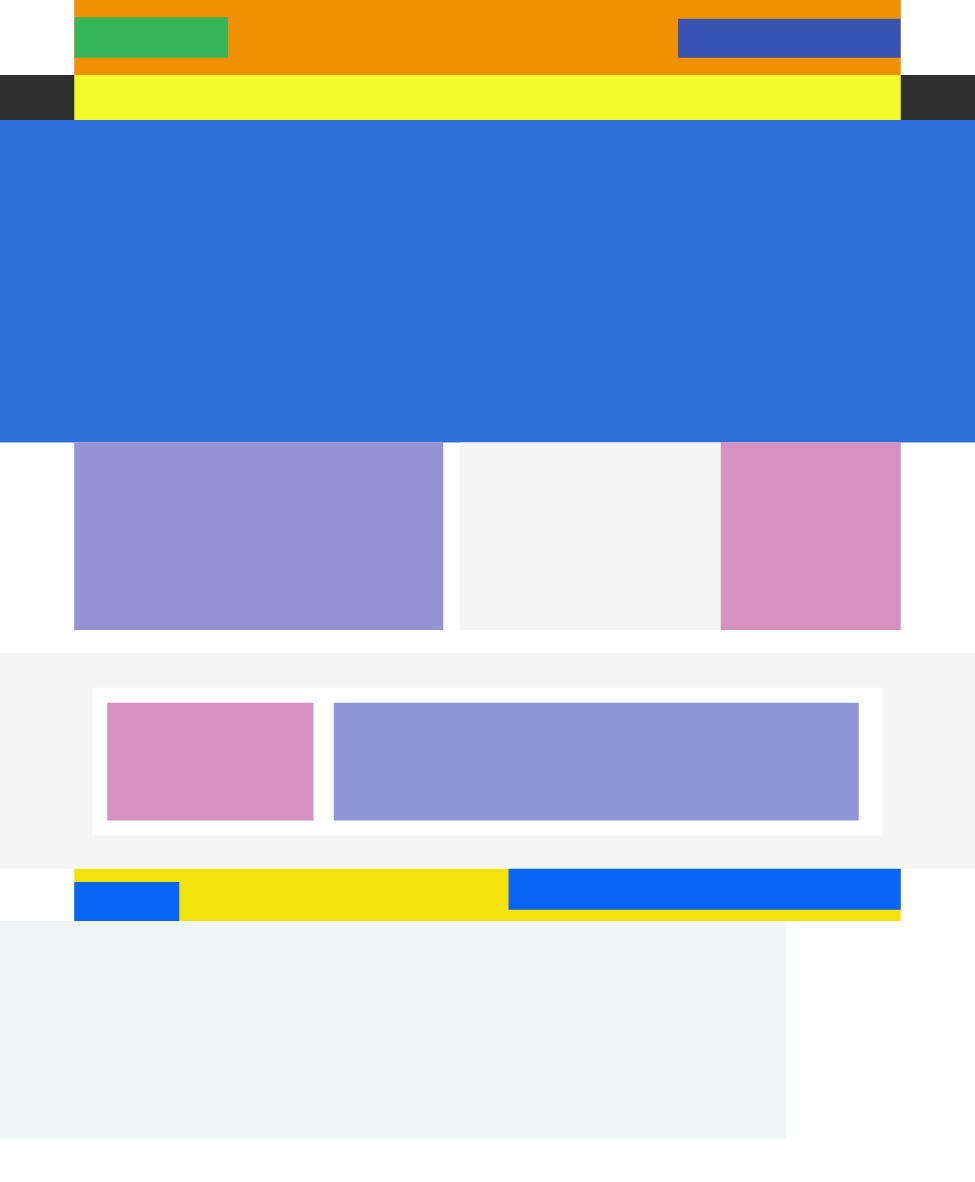
Repository: A1LExX/H5_study_set
Page: day04/扣丁.html
The author's editor kept a copy of each file at every save. The page is drawn from the files as they stood at one save, then again after the next save.
The browser window is 1280 px wide. The page is 1300 px wide, so the pictures cover 1300 px, including what lies to the right of the window. The pictures show the whole page, at 75% of full size.

Above is the page before, as saved 2021-06-24 22:26:48.

### day04/扣丁.html
<!--
@author [Alex Wei]
@email [w2262196@outlook.com]
@create date 2021-06-24 19:47:26
@modify date 2021-06-24 20:46:20
@desc [description]
-->
<!DOCTYPE html>
<html lang="en">

<head>
    <meta charset="UTF-8">
    <meta http-equiv="X-UA-Compatible" content="IE=edge">
    <meta name="viewport" content="width=device-width, initial-scale=1.0">
    <title>扣丁学堂</title>
    <link rel="stylesheet" href="./css/codingke.css">
</head>

<body>
    <div class="header">
        <div class="insideHeader">
            <div class="leftBox"></div>
            <div class="rightBox"></div>
        </div>
    </div>
    <div class="con1">
        <div class="out1"></div>
    </div>
    <div class="con2"></div>
    <div class="con3">
        <div class="out2">
            <div class="con3Box1"></div>
            <div class="con3Box2"></div>
            <div class="con3Box3"></div>
        </div>
    </div>
    <div class="con4">
        <div class="out3">
            <div class="con4Box1"></div>
            <div class="con4Box2"></div>
        </div>
    </div>
    <div class="con5">
        <div out="out4">
            <div class="out4_1">
                <div class="out4_1Box1"></div>
                <div class="out4_1Box2"></div>
            </div>
            <div class="out4_2">
                <div class="out4_2Box1"></div>
                <div class="out4_2Box2"></div>
                <div class="out4_2Box3"></div>
                <div class="out4_2Box4"></div>
            </div>
        </div>
    </div>
</body>

</html>

### day04/css/codingke.css
/**
 * @author [Alex Wei]
 * @email [w2262196@outlook.com]
 * @create date 2021-06-24 13:00:50
 * @modify date 2021-06-24 22:26:48
 * @desc [description]
 */
*{
    padding: 0;
    margin: 0;
}
.header{
    width: 1300px;
    height: 100px;
}
.insideHeader{
    width: 1102px;
    height: 100px;
    background: #f29004;
    overflow: hidden;
    margin: 0 auto;
}
.leftBox{
    width: 205px;
    height: 54px;
    background: #36b559;
    float: left;
    margin-top: 23px;
}
.rightBox{
    width: 297px;
    height: 52px;
    background: #3754b3;
    float: right;
    margin-top: 25px;
}
.con1{
    width: 1300px;
    height: 60px;
    background: #2f2f2f;
}
.out1{
    width: 1102px;
    height: 60px;
    background: #f2fb2b;
    margin: 0 auto;
}
.con2{
    width: 1300px;
    height: 430px;
    background: #2f6fd9;
}
.con3{
    width: 1300px;
    height: 250px;
    padding-bottom: 30px;
}
.out2{
    width: 1102px;
    height: 250px;
    margin: 0 auto;
}
.con3Box1{
    width: 492px;
    height: 250px;
    background: #9791d6;
    float: left;
    margin-right: 22px;
}
.con3Box2{
    width: 348px;
    height: 250px;
    float: left;
    background: #f5f5f5;
}
.con3Box3{
    width: 240px;
    height: 250px;
    float: left;
    background: #d691c0;
}
.con4{
    width: 1300px;
    height: 288px;
    background: #f5f5f5;
    overflow: hidden;
}
.out3{
    width: 1002px;
    height: 157px;
    background: #ffffff;
    margin: 0 auto;
    padding-top: 20px;
    padding-right:32px;
    padding-left: 20px;
    padding-bottom: 20px;
    margin-top: 47px;
    margin-bottom: 45px;
}
.con4Box1{
    width: 275px;
    height: 157px;
    background: #d691c0;
    float: left;
    margin-right: 27px;

}
.con4Box2{
    width: 700px;
    height: 157px;
    background: #8f96d5;
    float: left;
}
.con5{
    width: 1300px;
    height: 418px;
    overflow: hidden;
}
.out4{
    width: 1102px;
    height: 328px;
    padding-top: 15px;
    padding-bottom: 30px;
}
.out4_1{
    width: 1102px;
    height: 70px;
    background: #f4e20c;
    margin: 0 auto;
}
.out4_2{
    width: 1102px;
    height: 290px;
}
.out4_1Box1{
    width: 140px;
    height: 52px;
    float: left;
    background: #0b65f4;
    margin-top: 18px;
}
.out4_1Box2{
    width: 523px;
    height: 55px;
    float: right;
    background: #0b65f4;
}
.out4_2Box1{
    width: 262px;
    height: 290px;
    float: left;
    background: #eff4f5;
}
.out4_2Box2{
    width: 262px;
    height: 290px;
    float: left;
    background: #eff4f5;
}
.out4_2Box3{
    width: 262px;
    height: 290px;
    float: left;
    background: #eff4f5;
}
.out4_2Box4{
    width: 262px;
    height: 290px;
    float: left;
    background: #eff4f5;
}

After the next save:
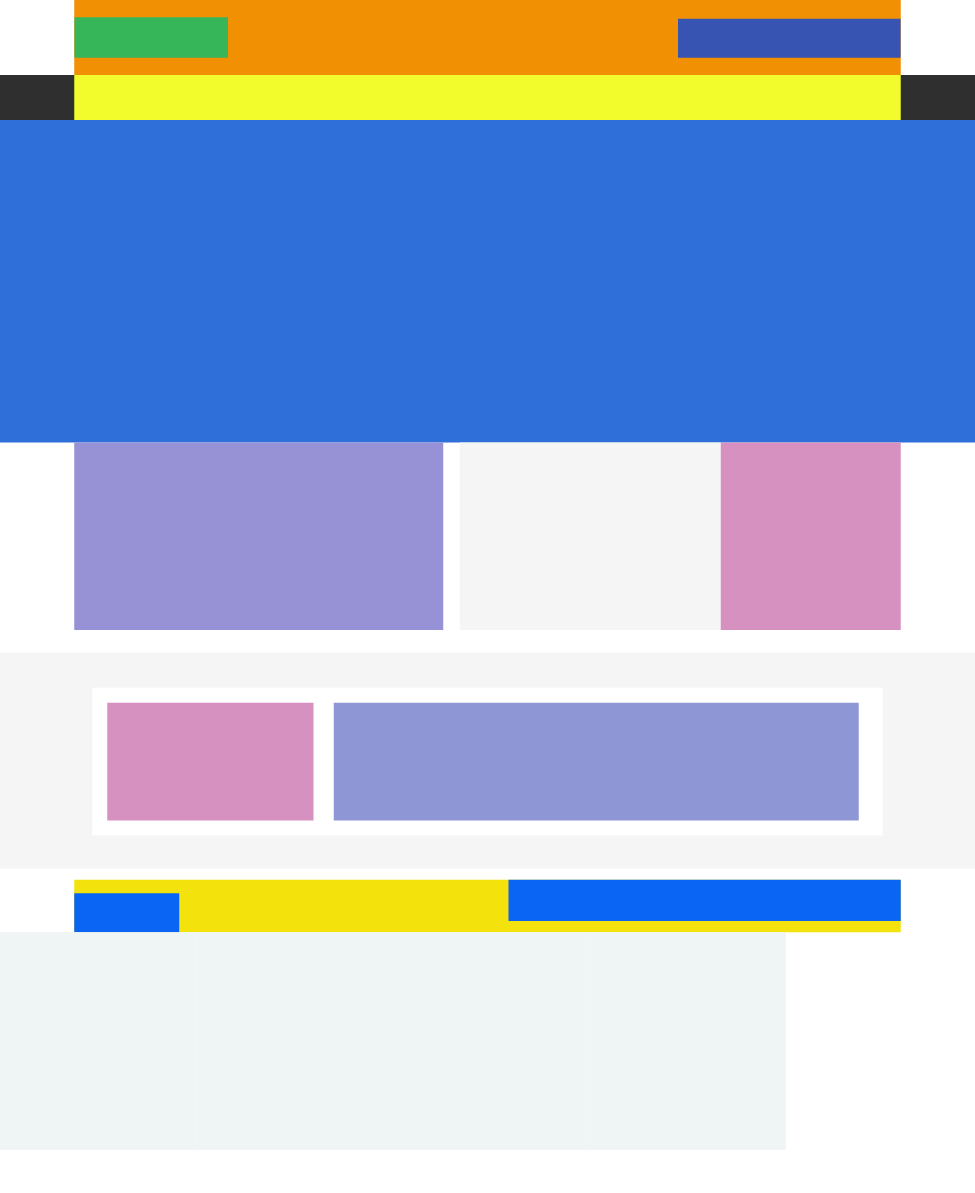
Saved 40 s later.
--- a/day04/css/codingke.css
+++ b/day04/css/codingke.css
@@ -2,7 +2,7 @@
  * @author [Alex Wei]
  * @email [w2262196@outlook.com]
  * @create date 2021-06-24 13:00:50
- * @modify date 2021-06-24 22:26:48
+ * @modify date 2021-06-24 22:27:28
  * @desc [description]
  */
 *{
@@ -115,6 +115,7 @@
     width: 1300px;
     height: 418px;
     overflow: hidden;
+    padding-top: 15px;
 }
 .out4{
     width: 1102px;
